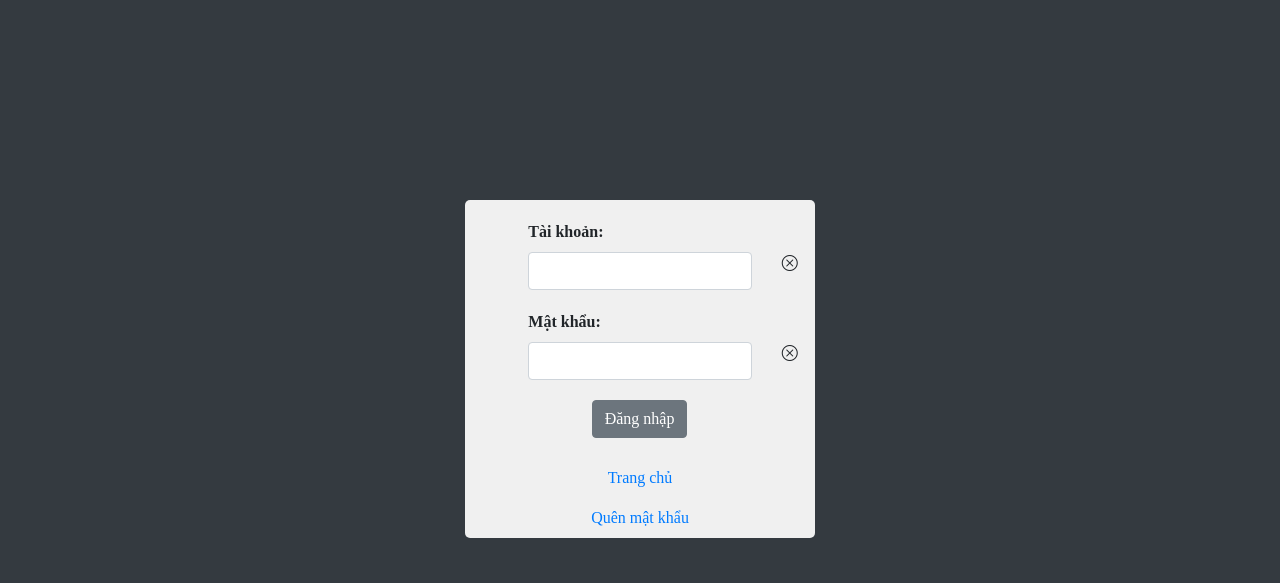
Repository: cuongnh2k/phimmoi
Page: http://localhost/phimmoi/Login.jsp
These files come from the project's save history. The page is drawn as it stood at one moment and after the next save; the edit follows.
The browser window is 1280 px wide. The pictures show the whole page.
Some web fonts or font styles are not loaded; a fallback is used. The page is served by Tomcat 9. Nobody is signed in. The application's start-up code is not run.

Above is the page before, as saved 2021-08-23 03:03:24.

After the next save:
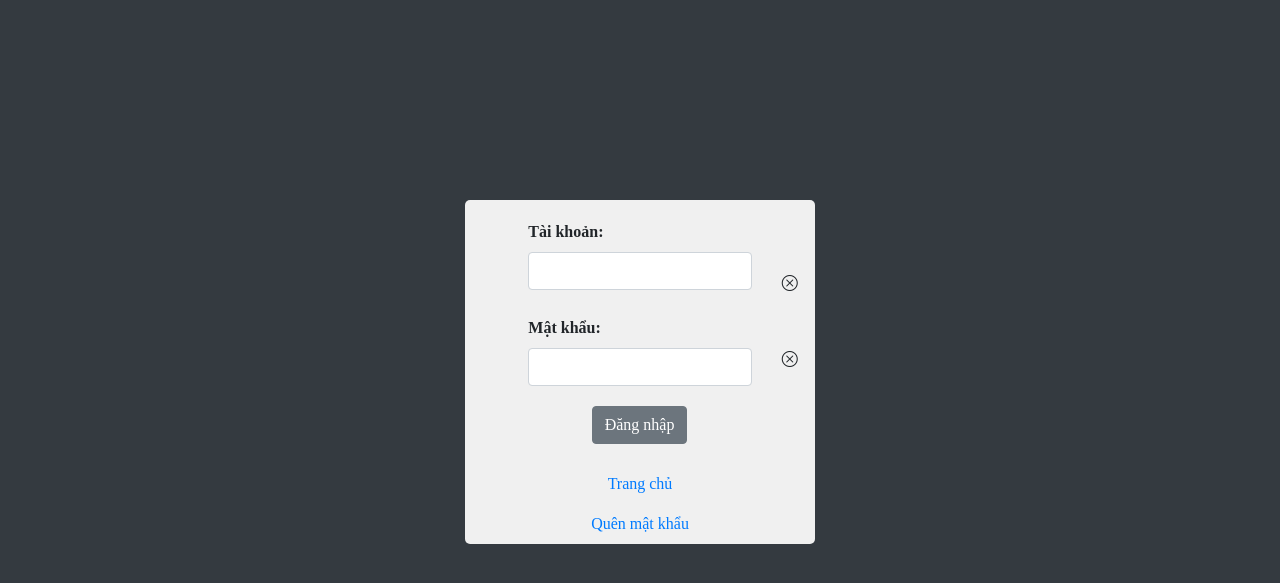
Saved 50 s later.
--- a/phimmoi/src/main/webapp/Login.jsp
+++ b/phimmoi/src/main/webapp/Login.jsp
@@ -76,7 +76,7 @@
 					<input class="form-control" id="taiKhoan" name="taiKhoan"
 						type="text">
 				</div>
-				<div class="col-2"><i class="bi bi-x-circle"></i></div>
+				<div class="col-2" style="margin-top: 20px;"><i class="bi bi-x-circle"></i></div>
 				<div class="col-2"></div>
 				<div class="col-8" style="margin-top: 20px;">
 					<label for="matKhau"><b>Mật khẩu:</b></label>

After the save that followed:
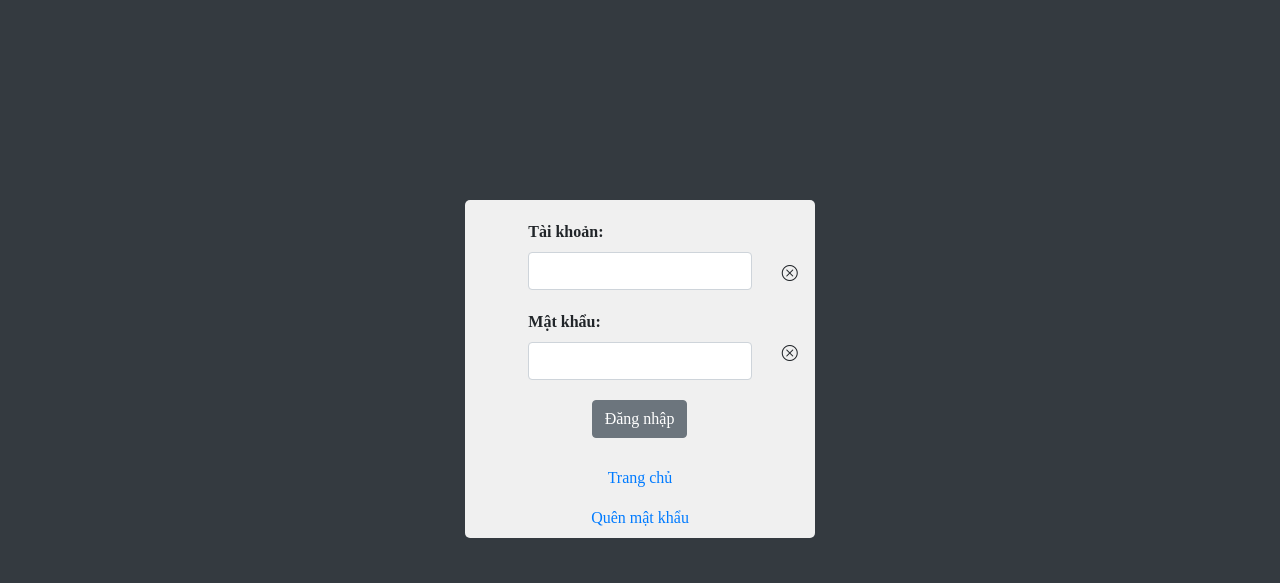
Saved 13 s later.
--- a/phimmoi/src/main/webapp/Login.jsp
+++ b/phimmoi/src/main/webapp/Login.jsp
@@ -76,7 +76,7 @@
 					<input class="form-control" id="taiKhoan" name="taiKhoan"
 						type="text">
 				</div>
-				<div class="col-2" style="margin-top: 20px;"><i class="bi bi-x-circle"></i></div>
+				<div class="col-2" style="margin-top: 10px;"><i class="bi bi-x-circle"></i></div>
 				<div class="col-2"></div>
 				<div class="col-8" style="margin-top: 20px;">
 					<label for="matKhau"><b>Mật khẩu:</b></label>
